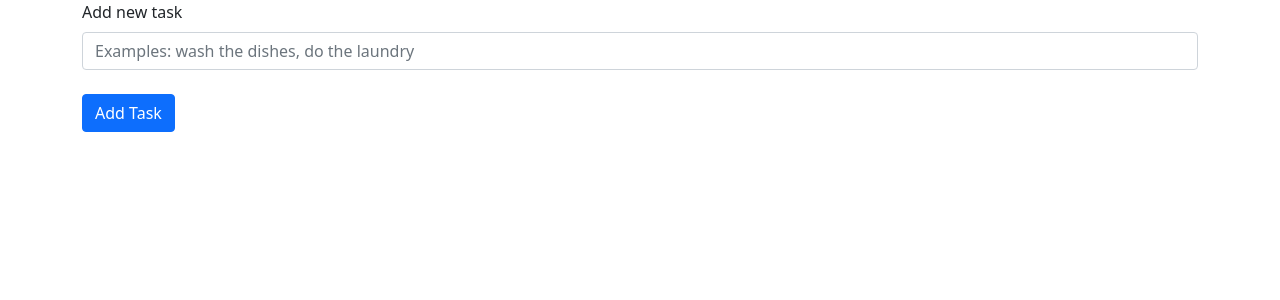
Repository: jchukwuezi/React-RestEASY-CRUD
Page: / (app in frontend/)
These files come from the project's save history. The page is drawn as it stood at one moment and after the next save; the edit follows.
The browser window is 1280 px wide. The pictures show the whole page.
The project was rebuilt for these pictures with package versions that can differ from the ones it lists, and the page was loaded fresh each time.

Above is the page before, as saved 2022-03-26 13:06:56.

After the next save:
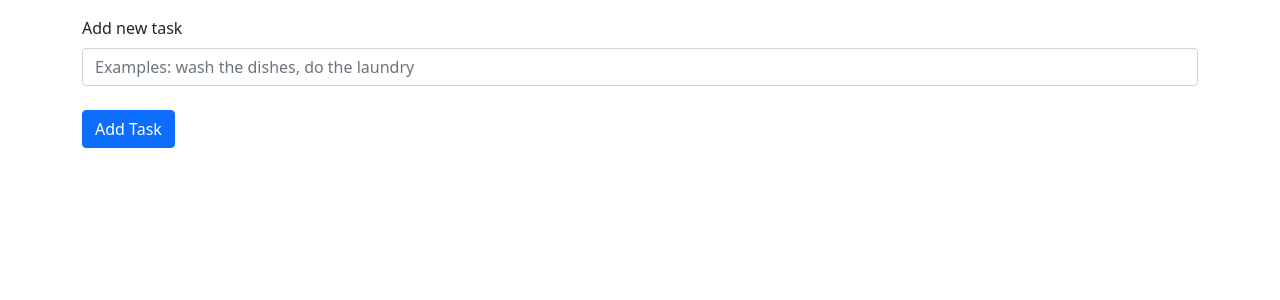
Saved 17 s later.
--- a/frontend/src/App.js
+++ b/frontend/src/App.js
@@ -3,7 +3,7 @@ import {Container, Form, Button} from 'react-bootstrap'
 function App() {
   return (
     <Container className>
-      <Form>
+      <Form className='mt-3'>
         <Form.Group>
             <Form.Label>Add new task</Form.Label>
             <Form.Control placeholder='Examples: wash the dishes, do the laundry' />
